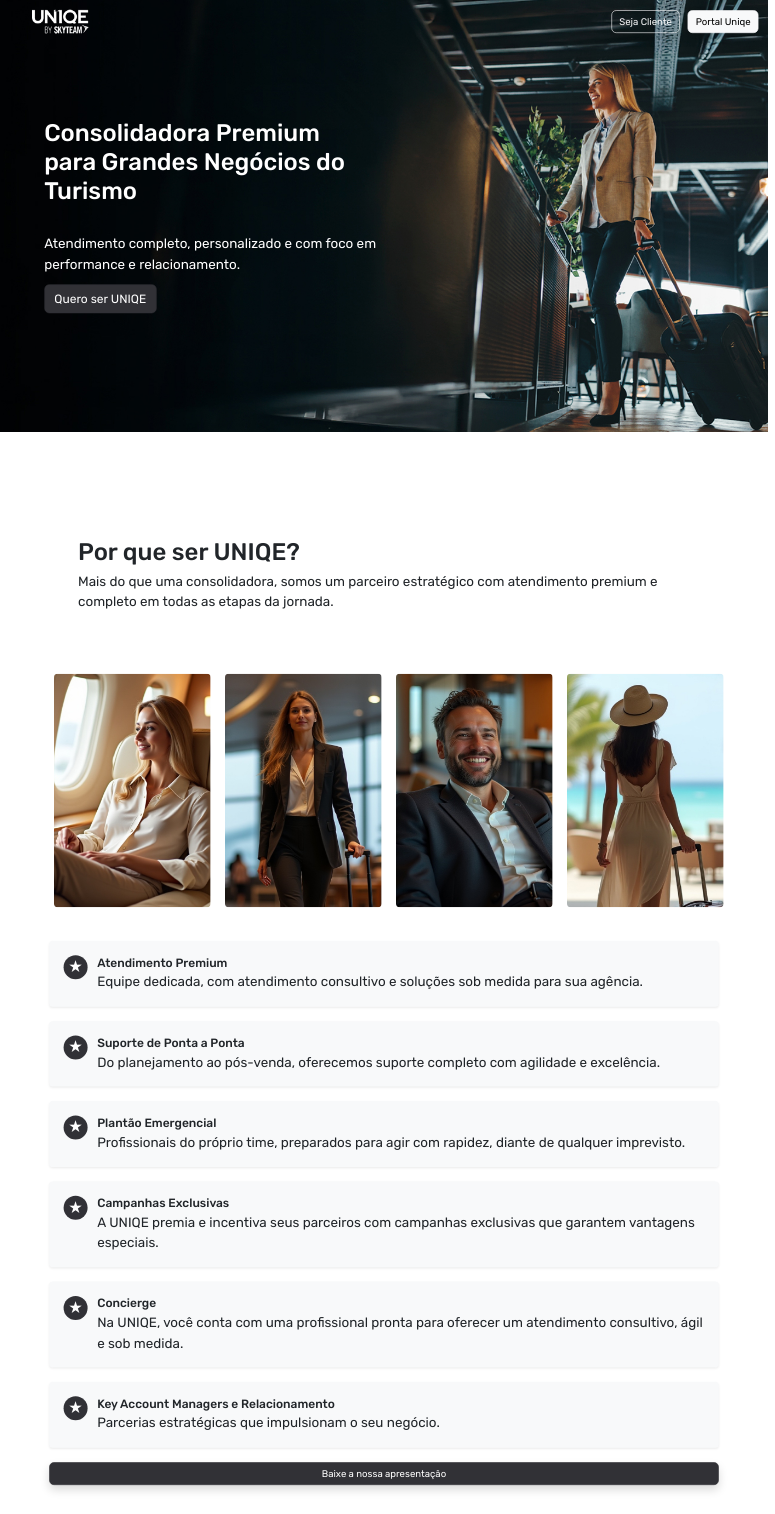
Repository: SkyTeam-Dev/Site-Uniqe
Page: http://localhost/
An editor plug-in stored every save of this project. The page is shown before and after the next save, followed by the edit.
The browser window is 1280 px wide. The page is 1280 px wide, then 1292 px, so the pictures cover 1292 px, including what lies to the right of the window. The pictures show the whole page, at 60% of full size.
Some web libraries are served in a nearby version. The page is run by PHP 8.4 with error messages shown; the project is at /var/www/html/.

Above is the page before, as saved 2025-07-03 15:47:24.

After the next save:
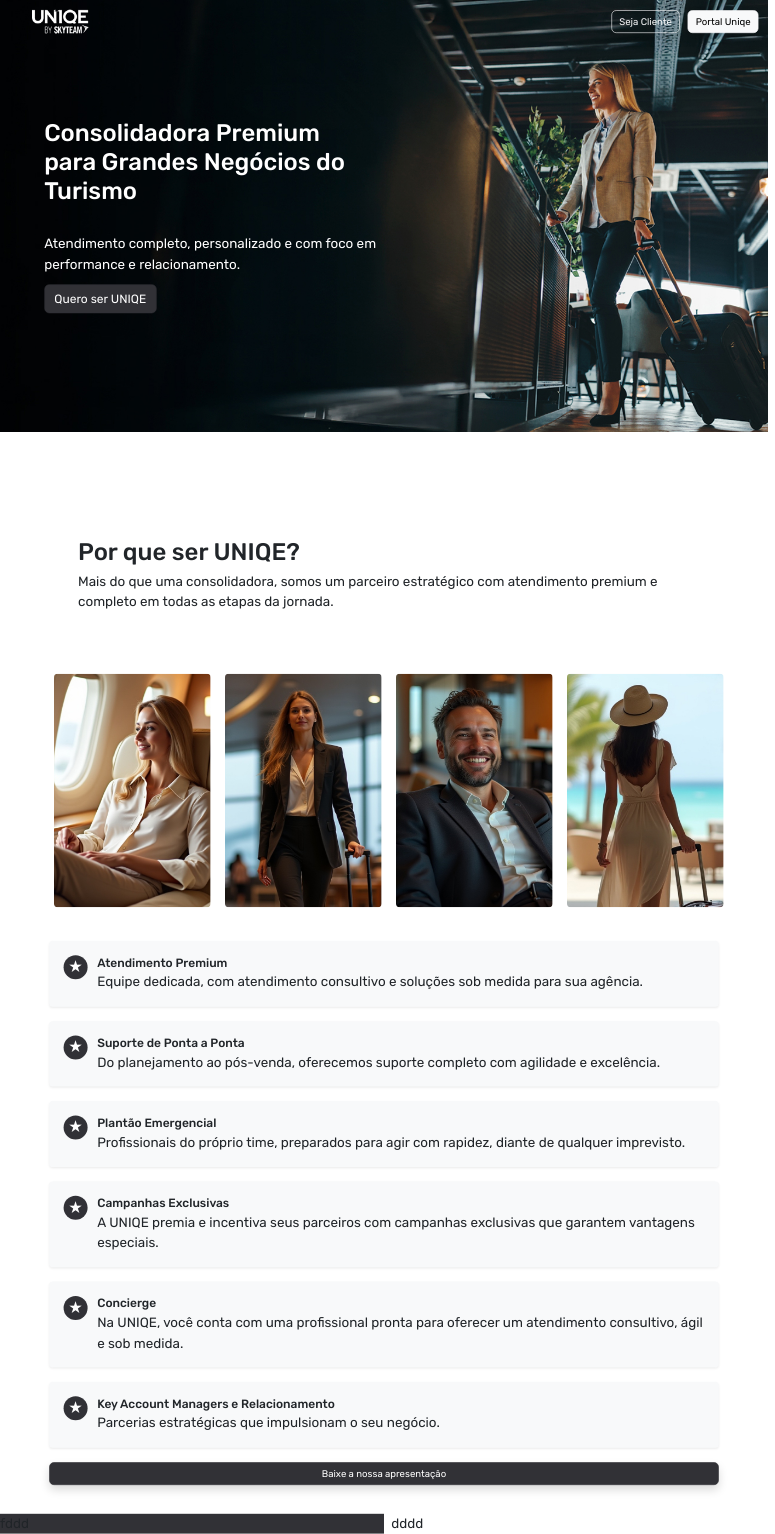
Saved 6 min 31 s later.
--- a/index.php
+++ b/index.php
@@ -223,19 +223,23 @@
         <div class="row text-center">
 
             <div class="col-md-3 col-sm-12">
-                <img src="Templates/Default/Imagens/foto-uniqe-01.jpg" class="img-fluid img-hover-site text-center m-2 rounded border-1">
+                <img src="Templates/Default/Imagens/foto-uniqe-01.jpg"
+                    class="img-fluid img-hover-site text-center m-2 rounded border-1">
             </div>
 
             <div class="col-md-3 col-sm-12">
-                <img src="Templates/Default/Imagens/foto-uniqe-02.png" class="img-fluid img-hover-site text-center m-2 rounded border=1">
+                <img src="Templates/Default/Imagens/foto-uniqe-02.png"
+                    class="img-fluid img-hover-site text-center m-2 rounded border=1">
             </div>
 
             <div class="col-md-3 col-sm-12">
-                <img src="Templates/Default/Imagens/foto-uniqe-03.jpg" class="img-fluid img-hover-site text-center m-2 rounded border=1">
+                <img src="Templates/Default/Imagens/foto-uniqe-03.jpg"
+                    class="img-fluid img-hover-site text-center m-2 rounded border=1">
             </div>
 
             <div class="col-md-3 col-sm-12">
-                <img src="Templates/Default/Imagens/foto-uniqe-04.jpg" class="img-fluid img-hover-site text-center m-2 rounded border-1">
+                <img src="Templates/Default/Imagens/foto-uniqe-04.jpg"
+                    class="img-fluid img-hover-site text-center m-2 rounded border-1">
             </div>
 
 
@@ -280,7 +284,8 @@
                     </div>
                     <div>
                         <h5 class="mb-1">Suporte de Ponta a Ponta</h5>
-                        <p class="mb-0">Do planejamento ao pós-venda, oferecemos suporte completo com agilidade e excelência.</p>
+                        <p class="mb-0">Do planejamento ao pós-venda, oferecemos suporte completo com agilidade e
+                            excelência.</p>
                     </div>
                 </div>
             </div>
@@ -297,7 +302,8 @@
                     </div>
                     <div>
                         <h5 class="mb-1">Plantão Emergencial</h5>
-                        <p class="mb-0">Profissionais do próprio time, preparados para agir com rapidez, diante de qualquer imprevisto.</p>
+                        <p class="mb-0">Profissionais do próprio time, preparados para agir com rapidez, diante de
+                            qualquer imprevisto.</p>
                     </div>
                 </div>
             </div>
@@ -313,7 +319,8 @@
                     </div>
                     <div>
                         <h5 class="mb-1">Campanhas Exclusivas</h5>
-                        <p class="mb-0">A UNIQE premia e incentiva seus parceiros com campanhas exclusivas que garantem vantagens especiais.</p>
+                        <p class="mb-0">A UNIQE premia e incentiva seus parceiros com campanhas exclusivas que garantem
+                            vantagens especiais.</p>
                     </div>
                 </div>
             </div>
@@ -329,7 +336,8 @@
                     </div>
                     <div>
                         <h5 class="mb-1">Concierge</h5>
-                        <p class="mb-0">Na UNIQE, você conta com uma profissional pronta para oferecer um atendimento consultivo, ágil e sob medida.</p>
+                        <p class="mb-0">Na UNIQE, você conta com uma profissional pronta para oferecer um atendimento
+                            consultivo, ágil e sob medida.</p>
                     </div>
                 </div>
             </div>
@@ -351,16 +359,33 @@
             </div>
 
             <div class="col-12">
-              <div class="d-grid gap-2">
-                <a href="https://uniqe.blob.core.windows.net/uniqe/apresentacao/apresenta%C3%A7%C3%A3o-uniqe.pdf" class="btn btn-primary btn-block rounded-3 shadow">
-                  Baixe a nossa apresentação
-                </a>
+                <div class="d-grid gap-2">
+                    <a href="https://uniqe.blob.core.windows.net/uniqe/apresentacao/apresenta%C3%A7%C3%A3o-uniqe.pdf"
+                        class="btn btn-primary btn-block rounded-3 shadow">
+                        Baixe a nossa apresentação
+                    </a>
                 </div>
             </div>
 
 
 
         </div>
+    </section>
+
+    <section>
+
+        <div class="row g-4">
+
+            <div class="col-6 bg-primary">
+fddd
+            </div>
+
+            <div class="col-6">
+dddd
+            </div>
+
+
+
     </section>
 
 
